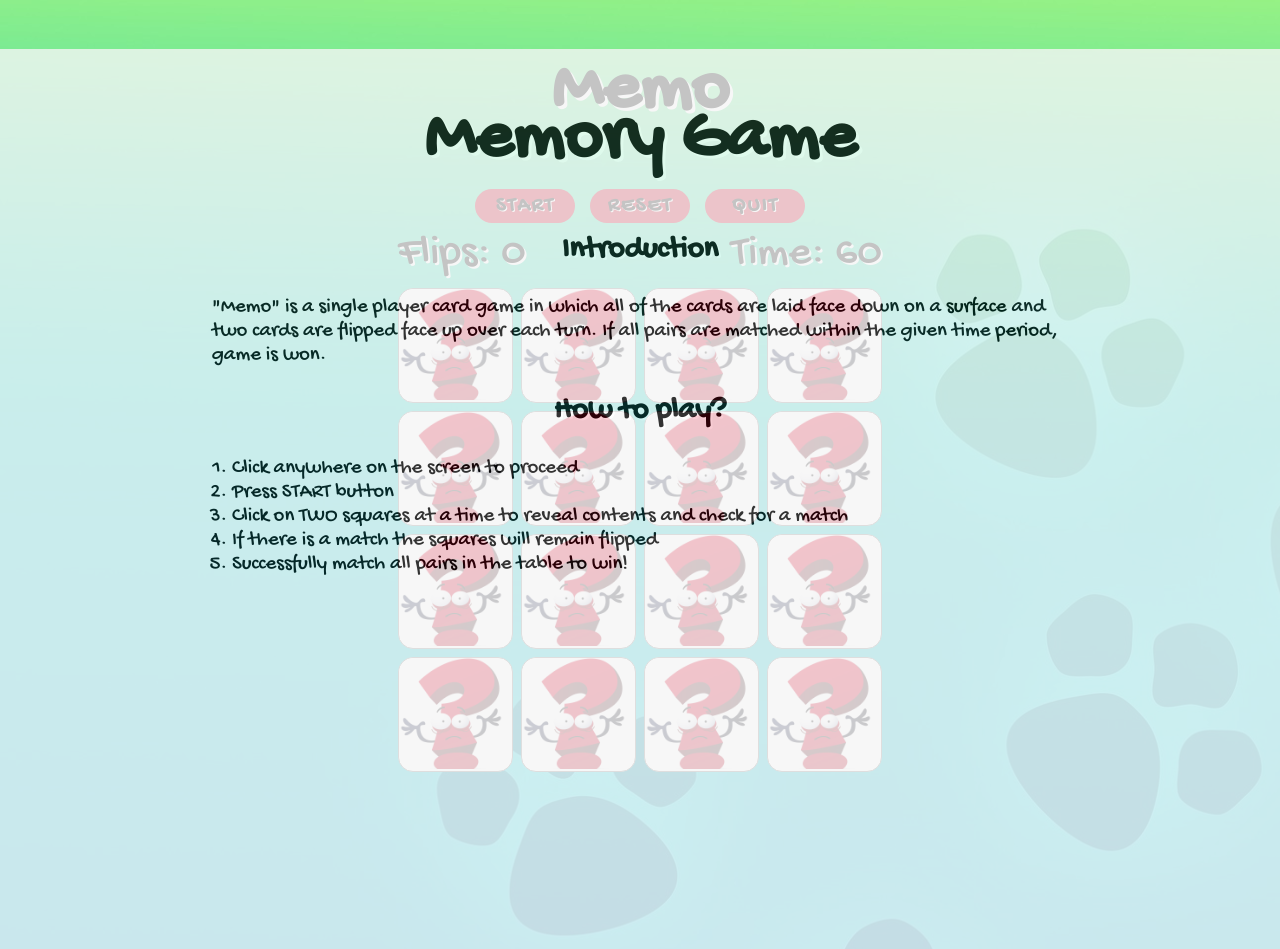
Repository: lauramika/Memory-Game
Page: index.html
The author's editor kept a record of every edit. The page is drawn from the files as they stood at one moment, then again after the next edit.
The browser window is 1280 px wide. The pictures show the whole page.

Above is the page before.

After the next edit:
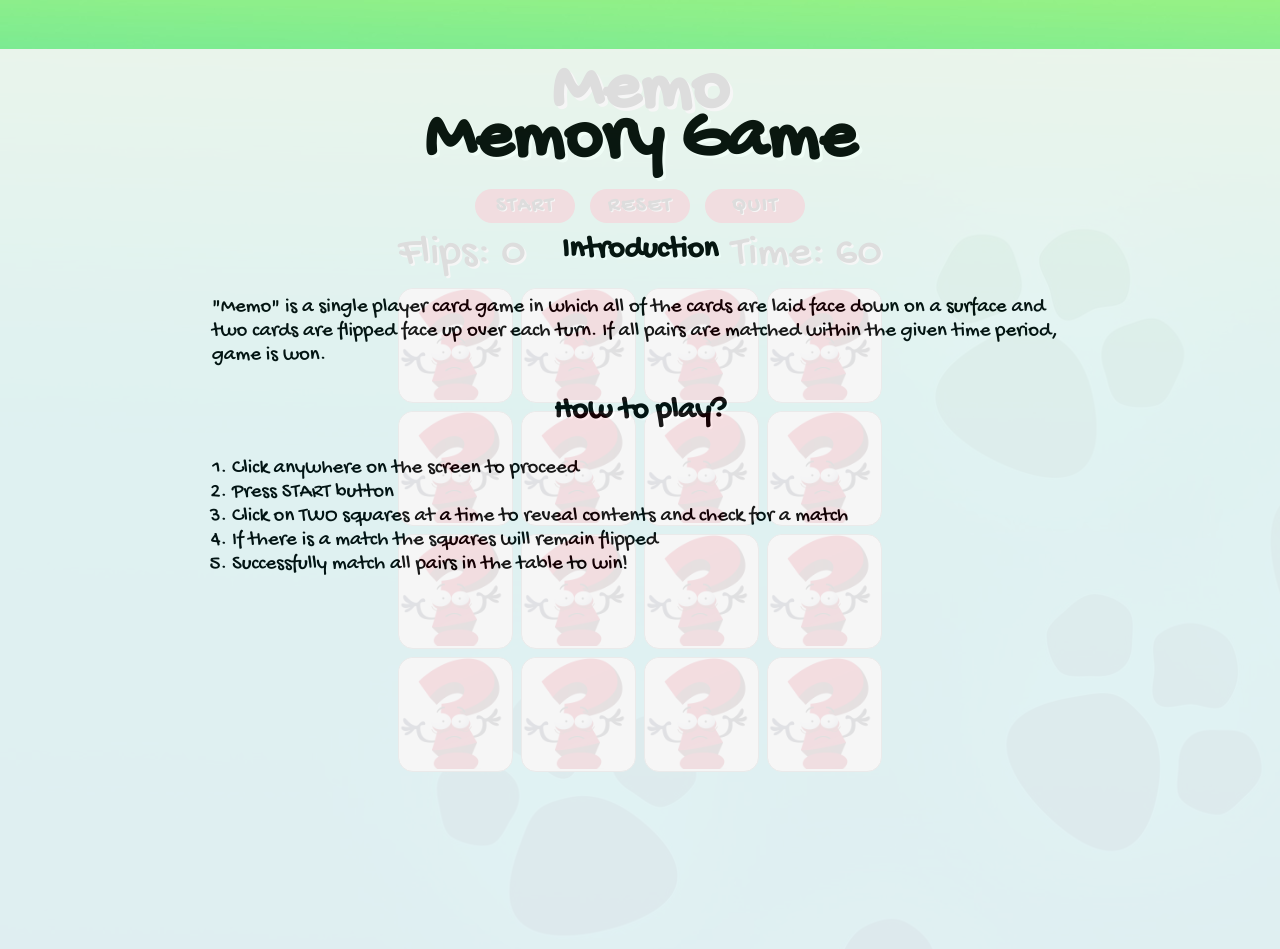
The edit:
--- a/style.css
+++ b/style.css
@@ -117,7 +117,7 @@
   background-color: whitesmoke;
   z-index: 10;
   position: absolute;
-  opacity: .8;
+  opacity: .9;
 }
 /****************************TABLET************************/
 @media screen and (max-width: 800px) {
